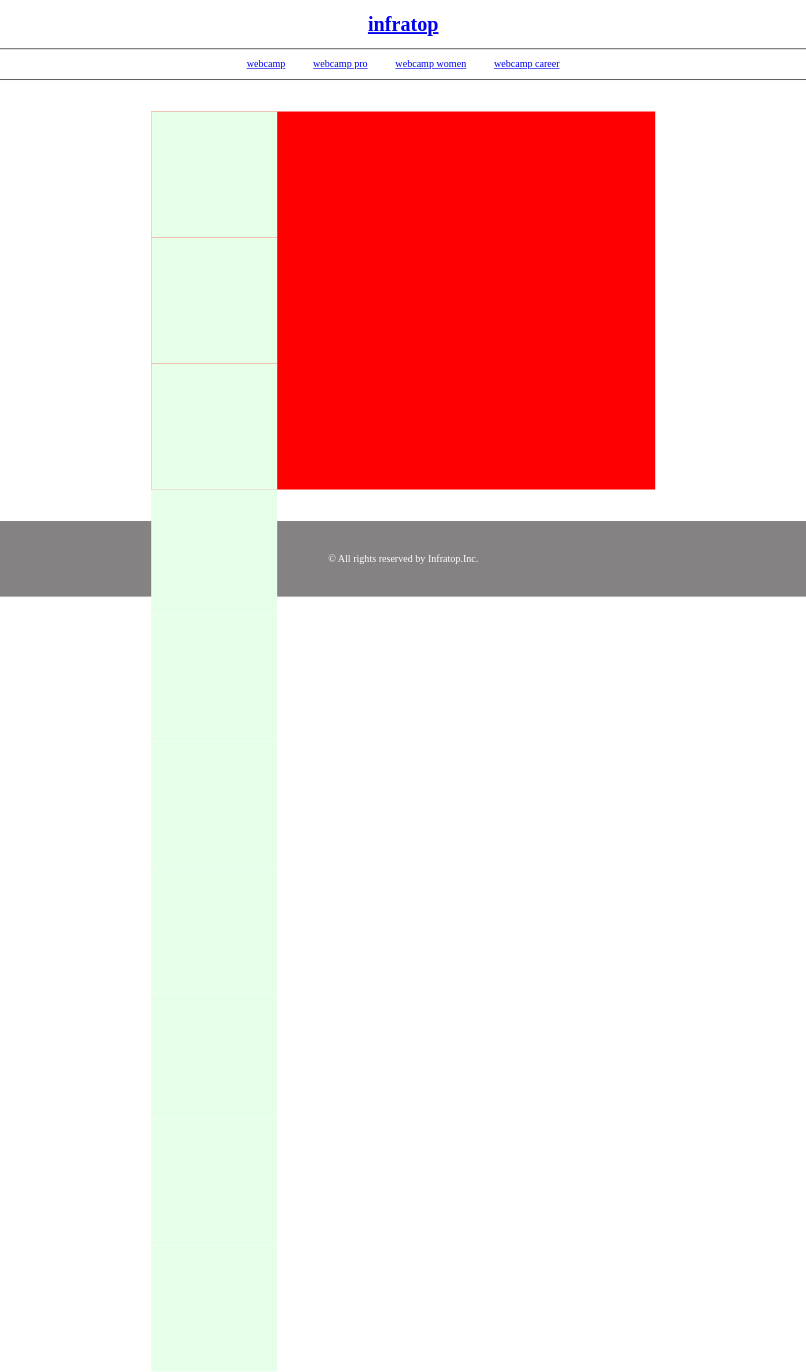
Repository: CarAll02/git-practice
Page: chapter5_exercise/index.html
The author's editor kept a record of every edit. The page is drawn from the files as they stood at one moment, then again after the next edit.
The browser window is 1280 px wide. The pictures show the whole page, at 63% of full size.

Above is the page before.

### chapter5_exercise/index.html
<!DOCTYPE html>
<html lang="ja">
  <head>
    <meta charset="UTF-8"/>
    <link rel="stylesheet" href="style.css"/>
    <title>chapter5_exercise</title>
  </head>

  <body>
    <!--header-->
    <header>
      <h1 class="heading">
        <a href="index.html">
          infratop
        </a>
      </h1>
    </header>

    <!--navigation-->
    <nav>
      <ul class="nav-list">
        <li class="nav-list-item">
          <a href="index.html">webcamp</a>
        </li>
        <li class="nav-list-item">
          <a href="index.html">webcamp pro</a>
        </li>
        <li class="nav-list-item">
          <a href="index.html">webcamp women</a>
        </li>
        <li class="nav-list-item">
          <a href="index.html">webcamp career</a>
        </li>
      </ul>
    </nav>

    <!--main用のdiv-->
    <div class="main">
      <div class="box">
        <div class="green1"></div>
        <div class="green2"></div>
        <div class="green3"></div>
        <div class="green4"></div>
        <div class="yellow1"></div>
        <div class="yellow2"></div>
        <div class="yellow3"></div>
        <div class="yellow4"></div>
        <div class="blue1"></div>
        <div class="blue2"></div>
        <div class="blue3"></div>
        <div class="blue4"></div>
      </div>
    </div>

    <!--footer-->
    <footer>
      <p class="footer-text">© All rights reserved by Infratop.Inc.</p>
    </footer>
  </body>
</html>

### chapter5_exercise/style.css
/*ブラウザがそれぞれ持っているCSSをリセットするための記述*/
* {
  margin:0;
  padding:0;
  box-sizing:border-box;
}

header{
  width:90%;
  padding:20px 0;
  margin:0 auto;
  text-align: center;
}

.nav-list{
  text-align: center;
  padding:15px 0;
  margin:0 auto;
  border:solid black;
  border-top-width: 1px;
  border-bottom-width: 1px;
  border-left-width:0px;
  border-right-width: 0px;
}

.nav-list-item{
  list-style: none;
  display: inline-block;
  margin:0 20px;
}

.main{
  width: 100%;
  height: 700px;
  display:flex;/*Flexboxの利用*/
  justify-content:center;/*子要素の横並び・中央寄せ*/
  padding:50px 0;
  margin:0 auto;/*中央寄せ（左右に余白が無いと出来ない)*/
}

.box{
  width: 800px;
  height: 600px;
  background-color: red;
}

.green1{
  width:200px;
  height: 200px;
  background-color: #e6ffe9;
}

.green2{
  width:200px;
  height: 200px;
  background-color: #e6ffe9;
}

.green3{
  width:200px;
  height: 200px;
  background-color: #e6ffe9;
}

.green4{
  width:200px;
  height: 200px;
  background-color: #e6ffe9;
}

.yellow1{
  width:200px;
  height: 200px;
  background-color: #e6ffe9;
}

.yellow2{
  width:200px;
  height: 200px;
  background-color: #e6ffe9;
}

.yellow3{
  width:200px;
  height: 200px;
  background-color: #e6ffe9;
}

.yellow4{
  width:200px;
  height: 200px;
  background-color: #e6ffe9;
}

.blue1{
  width:200px;
  height: 200px;
  background-color: #e6ffe9;
}

.blue2{
  width:200px;
  height: 200px;
  background-color: #e6ffe9;
}

.blue1{
  width:200px;
  height: 200px;
  background-color: #e6ffe9;
}

.blue1{
  width:200px;
  height: 200px;
  background-color: #e6ffe9;
}

footer{
  width:100%;
  height:120px;
  text-align: center;
  line-height: 120px;
  background-color: #848282;
}

.footer-text{
  color:#fff;
}

After the next edit:
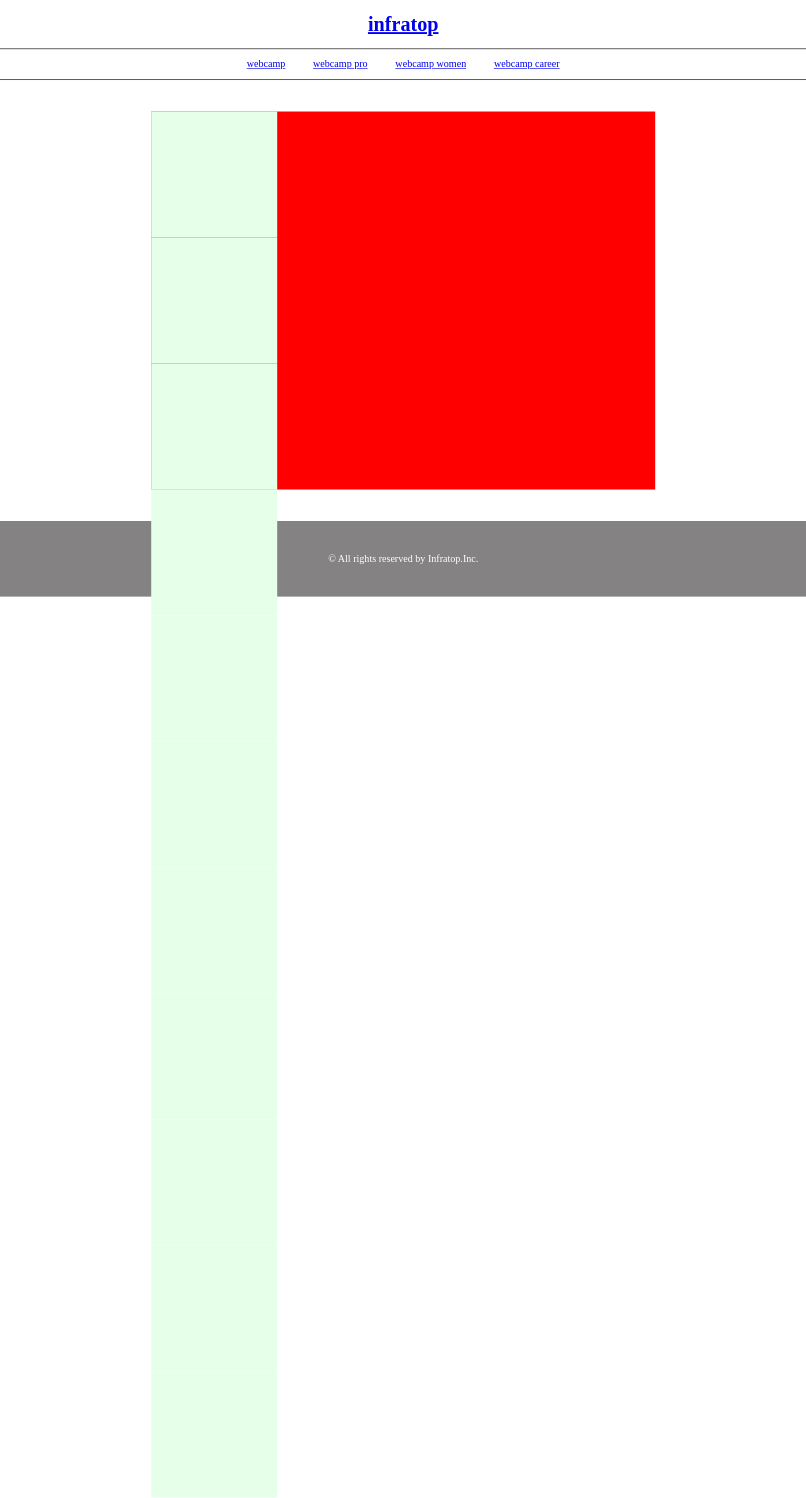
The edit:
--- a/chapter5_exercise/style.css
+++ b/chapter5_exercise/style.css
@@ -104,7 +104,7 @@
   background-color: #e6ffe9;
 }
 
-.blue1{
+.blue3{
   width:200px;
   height: 200px;
   background-color: #e6ffe9;
